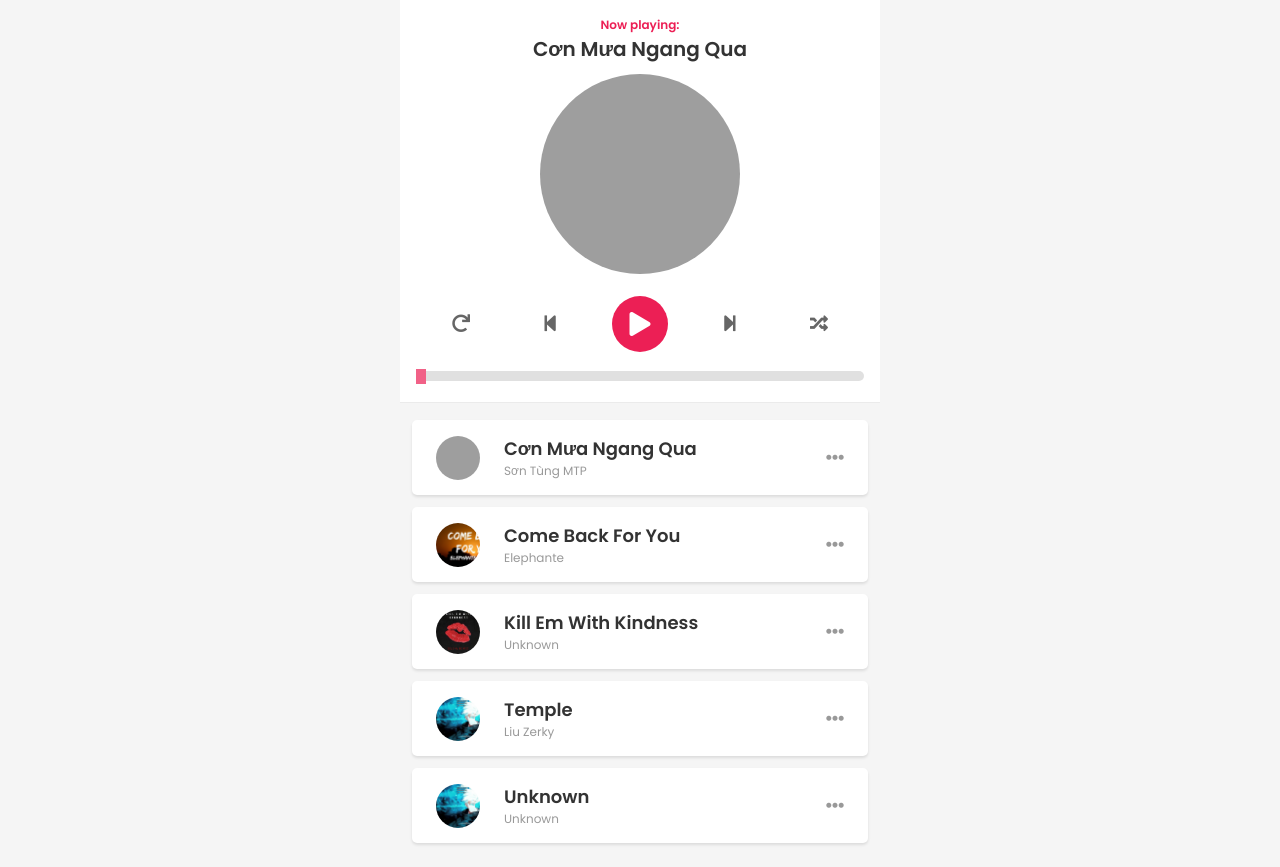
Repository: vandat598/musicPlayer
Page: index.html
An editor plug-in stored every save of this project. The page is shown before and after the next save, followed by the edit.
The browser window is 1280 px wide. The pictures show the whole page.
Pictures or frames that could not be fetched are drawn as grey boxes.

Above is the page before, as saved 2022-04-25 20:42:56.

After the next save:
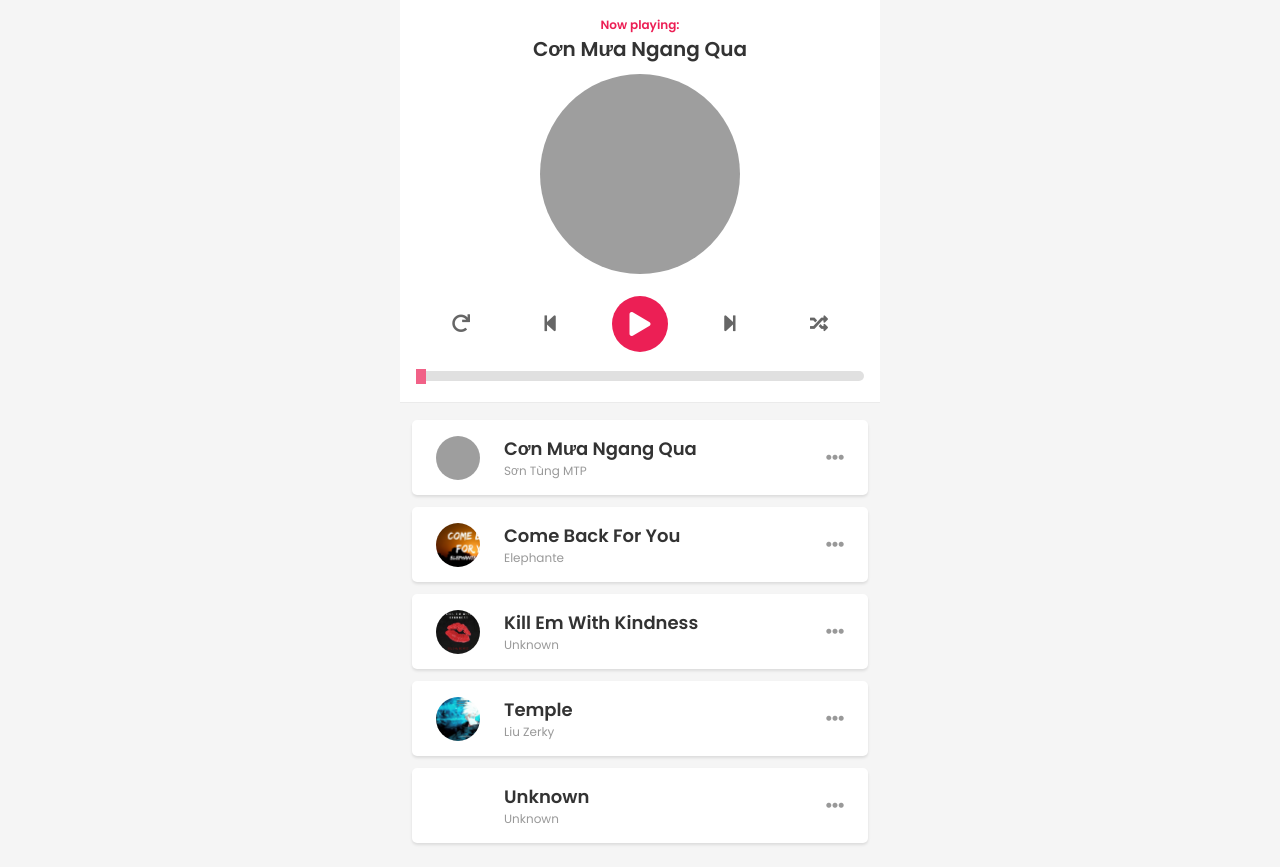
Saved 6 s later.
--- a/index.html
+++ b/index.html
@@ -179,7 +179,7 @@
             name: 'Unknown',
             singer: 'Unknown',
             path: 'https://www.youtube.com/watch?v=488ceQWoGGw&list=RD488ceQWoGGw&start_radio=1',
-            image: './assets/img/Temple.png',
+            image: '',
           },
         ],
         render() {
